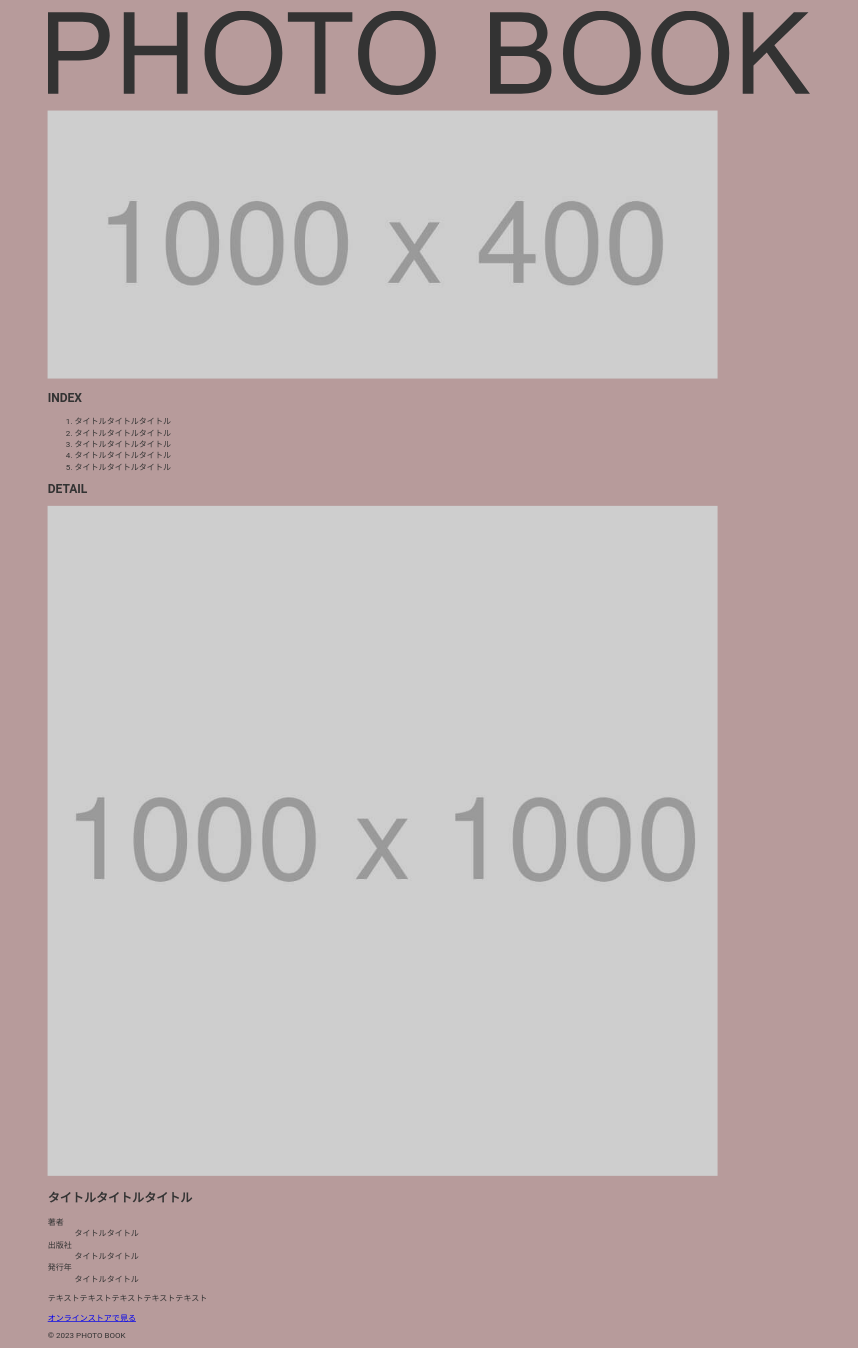
Repository: Fuki-san/photo-book-1
Page: http://localhost/photo
These files come from the project's save history. The page is drawn as it stood at one moment and after the next save; the edit follows.
The browser window is 1280 px wide. The pictures show the whole page, at 67% of full size.
The page is served by the project's Laravel application, run on PHP 8.4 with Laravel 10. Other server files are loaded and not shown.

Above is the page before, as saved 2023-11-28 15:53:45.

### routes/web.php
<?php

use Illuminate\Support\Facades\Route;

/*
|--------------------------------------------------------------------------
| Web Routes
|--------------------------------------------------------------------------
|
| Here is where you can register web routes for your application. These
| routes are loaded by the RouteServiceProvider and all of them will
| be assigned to the "web" middleware group. Make something great!
|
*/

Route::get('/', function () {
    return view('welcome');
});

Route::get('photo', function () {
    return view('photo');
});

### resources/views/photo.blade.php
@extends('layouts.main')

@section('title', 'photo')

@section('content')
    <div class="container">
        <header id="header">
            <h1 class="site-title"><a href="#"><img src="img/logo.svg" alt=""></a></h1>
        </header>

        <main>
            <div class="mainvisual">
                <img src="img/mainvisual.jpg" alt="">
            </div>
            <section id="index">
                <div class="content">
                    <h2 class="sec-title">INDEX</h2>
                    <ol class="index-list">
                        <li>タイトルタイトルタイトル</li>
                        <li>タイトルタイトルタイトル</li>
                        <li>タイトルタイトルタイトル</li>
                        <li>タイトルタイトルタイトル</li>
                        <li>タイトルタイトルタイトル</li>
                    </ol>
                </div>
            </section>

            <section id="detail">
                <div class="content">
                    <h2 class="sec-title">DETAIL</h2>
                    <div class="detail-img"><img src="img/detail.jpg" alt=""></div>
                    <div class="text">
                        <h2 class="title">タイトルタイトルタイトル</h2>
                        <dl class="detail-deflist">
                            <dt>著者</dt><dd>タイトルタイトル</dd>
                            <dt>出版社</dt><dd>タイトルタイトル</dd>
                            <dt>発行年</dt><dd>タイトルタイトル</dd>
                        </dl>
                        <p>テキストテキストテキストテキストテキスト</p>
                        <a href="#">オンラインストアで見る</a>
                    </div>
                </div>
            </section>
        </main>

        <footer id="footer">
            <p class="copyright">&copy; 2023 PHOTO BOOK</p>
        </footer>

    </div>
@endsection

### resources/views/layouts/main.blade.php
<!DOCTYPE html>
<html lang="ja">
<head>
    <meta charset="UTF-8">
    <meta name="viewport" content="width=device-width, initial-scale=1.0">
    <meta http-equiv="X-UA-Compatible" content="ie=edge">
    <link rel="stylesheet" href="{{ asset('css/reset.css') }}">
    <link rel="stylesheet" href="{{ asset('css/style.css') }}">
    <link rel="icon" href="img/favicon.ico">
    <title>@yield('title')</title>
</head>
<body>
    @yield('content')
</body>
</html>

### public/css/style.css
@charset "utf-8";

html{
    font-size: 100%;
}
img{
    max-width: 100%;
}
body{
    font-family: 'Roboto', sans-serif;
    font-size: 0.75rem;
    color: #333;
    background-color: #b79b9b;
}
.container{
    padding: 0 5%;
    margin-top: 20px;
    margin: 0 auto;
}

/* header */

### public/img/logo.svg
<?xml version="1.0" encoding="utf-8"?>
<!-- Generator: Adobe Illustrator 15.1.0, SVG Export Plug-In . SVG Version: 6.00 Build 0)  -->
<!DOCTYPE svg PUBLIC "-//W3C//DTD SVG 1.1//EN" "http://www.w3.org/Graphics/SVG/1.1/DTD/svg11.dtd">
<svg version="1.1" id="レイヤー_1" xmlns="http://www.w3.org/2000/svg" xmlns:xlink="http://www.w3.org/1999/xlink" x="0px"
	 y="0px" width="1400px" height="156px" viewBox="0 0 1400 156" enable-background="new 0 0 1400 156" xml:space="preserve">
<g>
	<path fill="#333333" d="M0,152.092V2.65h56.373c9.92,0,17.498,0.477,22.731,1.428c7.34,1.223,13.49,3.552,18.451,6.982
		c4.96,3.433,8.953,8.241,11.978,14.425c3.022,6.185,4.536,12.98,4.536,20.387c0,12.709-4.043,23.463-12.129,32.264
		c-8.09,8.802-22.699,13.202-43.834,13.202h-38.33v60.754H0z M19.775,73.702h38.636c12.775,0,21.847-2.379,27.217-7.136
		c5.369-4.757,8.053-11.451,8.053-20.082c0-6.252-1.581-11.604-4.741-16.056c-3.16-4.45-7.324-7.391-12.487-8.817
		c-3.33-0.883-9.481-1.325-18.452-1.325H19.775V73.702z"/>
	<path fill="#333333" d="M139.859,152.092V2.65h19.776v61.367h77.677V2.65h19.775v149.441h-19.775V81.652h-77.677v70.439H139.859z"
		/>
	<path fill="#333333" d="M288.174,79.309c0-24.805,6.66-44.224,19.98-58.258C321.473,7.019,338.667,0,359.735,0
		c13.795,0,26.232,3.298,37.309,9.889c11.076,6.593,19.521,15.784,25.332,27.574c5.811,11.791,8.716,25.163,8.716,40.112
		c0,15.155-3.059,28.713-9.175,40.674c-6.116,11.961-14.781,21.016-25.993,27.166c-11.214,6.15-23.311,9.226-36.291,9.226
		c-14.067,0-26.641-3.398-37.717-10.194c-11.079-6.794-19.471-16.071-25.179-27.829C291.029,104.86,288.174,92.425,288.174,79.309z
		 M308.562,79.614c0,18.01,4.843,32.197,14.527,42.559c9.684,10.364,21.831,15.546,36.442,15.546
		c14.884,0,27.131-5.231,36.75-15.699c9.615-10.464,14.423-25.313,14.423-44.546c0-12.165-2.057-22.784-6.167-31.856
		c-4.112-9.071-10.126-16.106-18.043-21.101c-7.917-4.995-16.804-7.493-26.656-7.493c-14,0-26.046,4.81-36.137,14.425
		C313.608,41.065,308.562,57.121,308.562,79.614z"/>
	<path fill="#333333" d="M490.425,152.092V20.286h-49.237V2.65h118.451v17.636h-49.439v131.806H490.425z"/>
	<path fill="#333333" d="M570.14,79.309c0-24.805,6.658-44.224,19.979-58.258C603.438,7.019,620.632,0,641.7,0
		c13.794,0,26.23,3.298,37.309,9.889c11.076,6.593,19.522,15.784,25.331,27.574c5.813,11.791,8.717,25.163,8.717,40.112
		c0,15.155-3.059,28.713-9.176,40.674c-6.114,11.961-14.779,21.016-25.992,27.166s-23.311,9.226-36.291,9.226
		c-14.068,0-26.641-3.398-37.717-10.194c-11.078-6.794-19.47-16.071-25.179-27.829C572.994,104.86,570.14,92.425,570.14,79.309z
		 M590.526,79.614c0,18.01,4.843,32.197,14.527,42.559c9.685,10.364,21.83,15.546,36.442,15.546
		c14.883,0,27.132-5.231,36.748-15.699c9.615-10.464,14.424-25.313,14.424-44.546c0-12.165-2.057-22.784-6.166-31.856
		c-4.113-9.071-10.127-16.106-18.043-21.101c-7.918-4.995-16.804-7.493-26.658-7.493c-14,0-26.044,4.81-36.136,14.425
		C595.572,41.065,590.526,57.121,590.526,79.614z"/>
	<path fill="#333333" d="M812.43,152.092V2.65h56.066c11.416,0,20.573,1.514,27.472,4.537c6.896,3.024,12.3,7.68,16.209,13.966
		c3.907,6.286,5.861,12.861,5.861,19.724c0,6.39-1.732,12.404-5.198,18.044c-3.467,5.641-8.7,10.193-15.7,13.659
		c9.039,2.65,15.987,7.172,20.848,13.558c4.857,6.389,7.289,13.933,7.289,22.631c0,7-1.479,13.506-4.435,19.521
		c-2.957,6.016-6.612,10.652-10.958,13.915c-4.352,3.261-9.806,5.726-16.363,7.391c-6.558,1.666-14.593,2.497-24.106,2.497H812.43z
		 M832.206,65.444h32.313c8.768,0,15.053-0.576,18.859-1.733c5.027-1.493,8.818-3.975,11.366-7.439
		c2.548-3.468,3.822-7.815,3.822-13.049c0-4.961-1.188-9.328-3.567-13.099c-2.38-3.773-5.776-6.354-10.192-7.748
		c-4.419-1.393-11.997-2.09-22.733-2.09h-29.868V65.444z M832.206,134.457h37.208c6.386,0,10.872-0.237,13.455-0.715
		c4.552-0.814,8.358-2.173,11.417-4.077c3.058-1.901,5.571-4.672,7.544-8.308c1.971-3.634,2.956-7.832,2.956-12.589
		c0-5.571-1.428-10.414-4.281-14.526c-2.854-4.111-6.814-6.999-11.876-8.665c-5.063-1.664-12.354-2.497-21.865-2.497h-34.558
		V134.457z"/>
	<path fill="#333333" d="M946.479,79.309c0-24.805,6.659-44.224,19.979-58.258C979.776,7.019,996.972,0,1018.039,0
		c13.794,0,26.23,3.298,37.309,9.889c11.077,6.593,19.521,15.784,25.331,27.574c5.812,11.791,8.717,25.163,8.717,40.112
		c0,15.155-3.058,28.713-9.175,40.674s-14.781,21.016-25.994,27.166s-23.311,9.226-36.29,9.226
		c-14.068,0-26.641-3.398-37.717-10.194c-11.078-6.794-19.47-16.071-25.18-27.829C949.332,104.86,946.479,92.425,946.479,79.309z
		 M966.865,79.614c0,18.01,4.842,32.197,14.526,42.559c9.685,10.364,21.83,15.546,36.442,15.546
		c14.884,0,27.133-5.231,36.749-15.699c9.615-10.464,14.424-25.313,14.424-44.546c0-12.165-2.057-22.784-6.166-31.856
		c-4.113-9.071-10.127-16.106-18.044-21.101c-7.917-4.995-16.803-7.493-26.657-7.493c-14.001,0-26.044,4.81-36.136,14.425
		C971.91,41.065,966.865,57.121,966.865,79.614z"/>
	<path fill="#333333" d="M1108.865,79.309c0-24.805,6.66-44.224,19.979-58.258C1142.163,7.019,1159.357,0,1180.426,0
		c13.794,0,26.23,3.298,37.31,9.889c11.076,6.593,19.521,15.784,25.332,27.574c5.811,11.791,8.715,25.163,8.715,40.112
		c0,15.155-3.059,28.713-9.175,40.674c-6.115,11.961-14.779,21.016-25.993,27.166s-23.312,9.226-36.29,9.226
		c-14.068,0-26.642-3.398-37.719-10.194c-11.078-6.794-19.469-16.071-25.177-27.829
		C1111.719,104.86,1108.865,92.425,1108.865,79.309z M1129.254,79.614c0,18.01,4.842,32.197,14.525,42.559
		c9.684,10.364,21.831,15.546,36.442,15.546c14.882,0,27.131-5.231,36.749-15.699c9.615-10.464,14.424-25.313,14.424-44.546
		c0-12.165-2.057-22.784-6.167-31.856c-4.113-9.071-10.127-16.106-18.043-21.101c-7.917-4.995-16.804-7.493-26.658-7.493
		c-13.999,0-26.044,4.81-36.135,14.425C1134.298,41.065,1129.254,57.121,1129.254,79.614z"/>
	<path fill="#333333" d="M1276.45,152.092V2.65h19.776V76.76l74.211-74.109h26.81l-62.691,60.552l65.444,88.89h-26.096
		l-53.213-75.638l-24.465,23.854v51.784H1276.45z"/>
</g>
</svg>

After the next save:
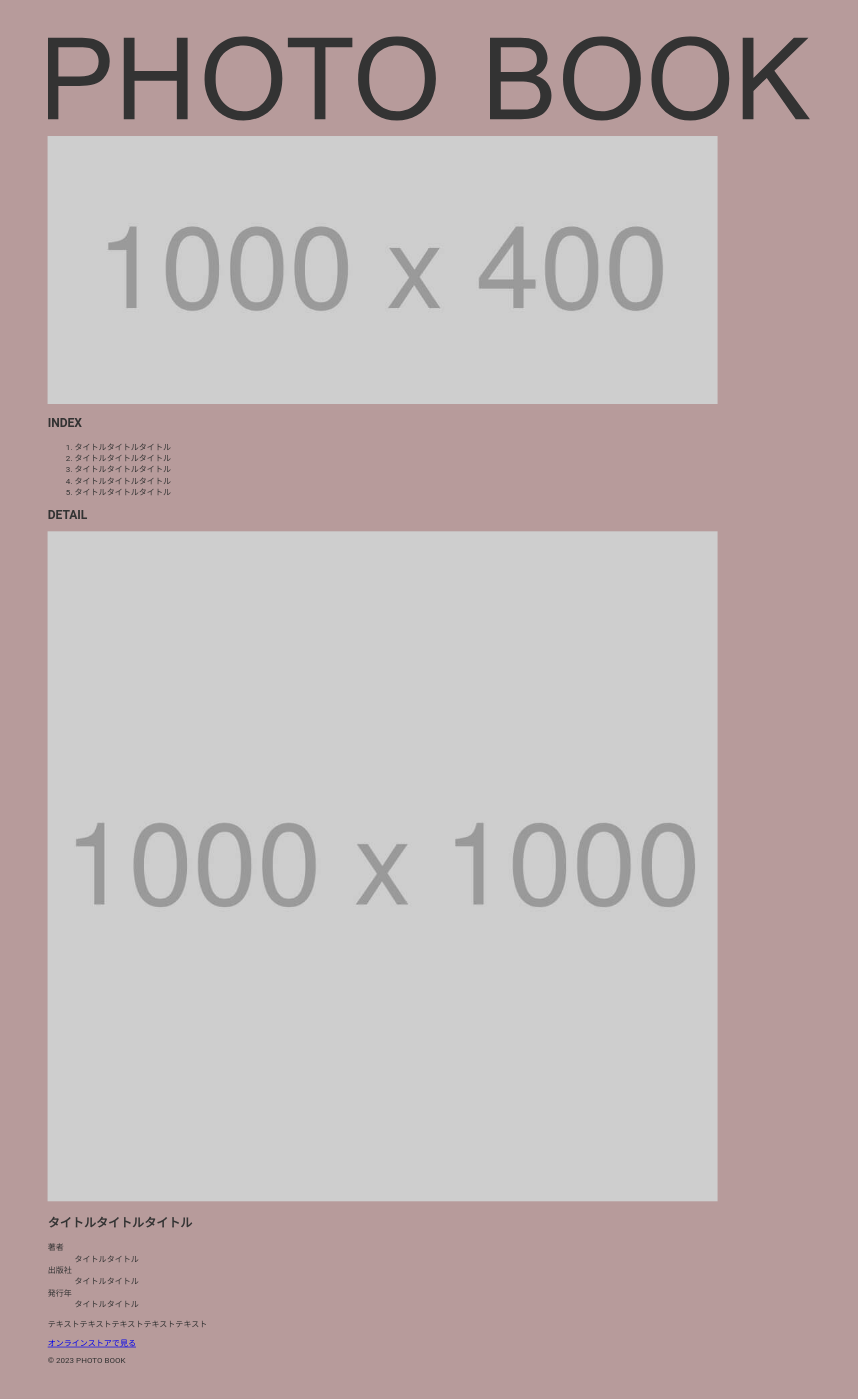
Saved 18 s later.
--- a/public/css/style.css
+++ b/public/css/style.css
@@ -13,7 +13,7 @@
     background-color: #b79b9b;
 }
 .container{
-    padding: 0 5%;
+    padding: 30px 5%;
     margin-top: 20px;
     margin: 0 auto;
 }
